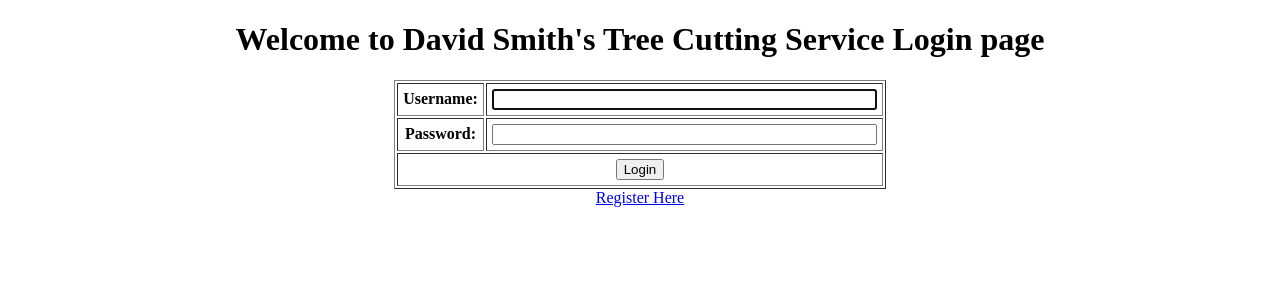
Repository: jrule5960/Tree-Cutting-Database
Page: http://localhost/database/
The author's editor kept a copy of each file at every save. The page is drawn from the files as they stood at one save, then again after the next save.
The browser window is 1280 px wide. The pictures show the whole page.
The page is served by Tomcat 9.

Above is the page before, as saved 2023-11-06 18:33:43.

After the next save:
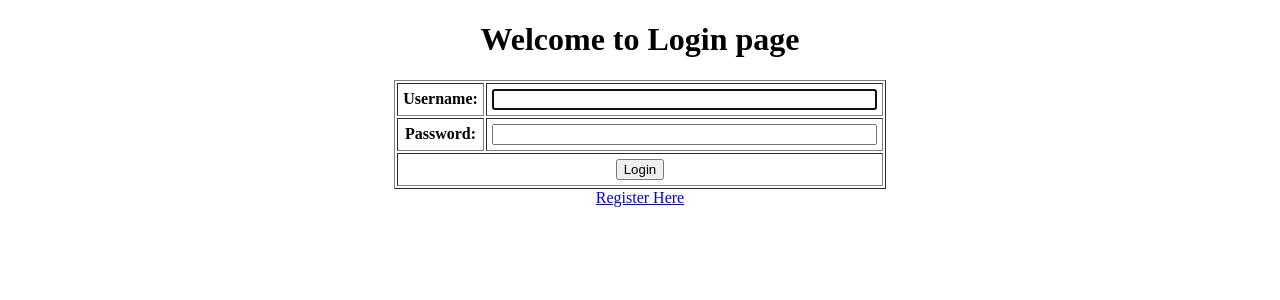
Saved 42 s later.
--- a/database/WebContent/login.jsp
+++ b/database/WebContent/login.jsp
@@ -7,7 +7,7 @@
 <title>Login to Database</title>
 </head>
 <body>
- <center>	<h1> Welcome to David Smith's Tree Cutting Service Login page </h1> </center>
+ <center>	<h1> Welcome to Login page </h1> </center>
 	<div align="center">
 		<p> ${loginFailedStr} </p>
 		<form action="login" method="post">
